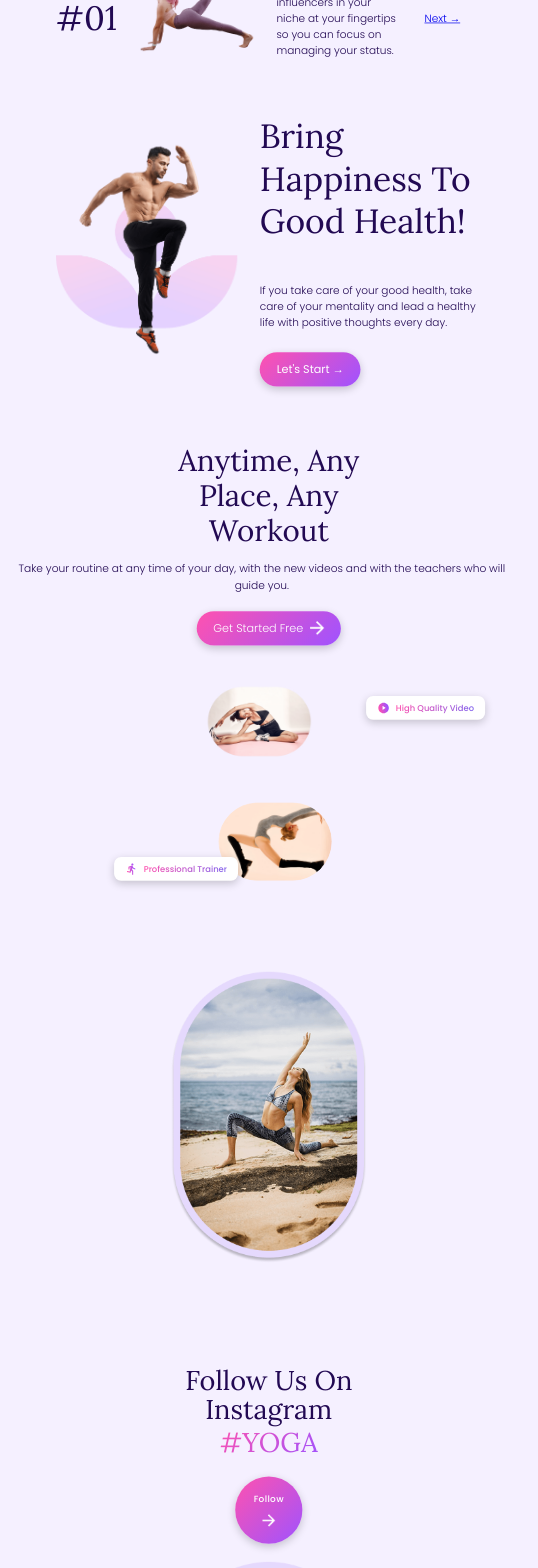
Repository: EunsuhJeon/responsive-yoga-website
Page: index.html
An editor plug-in stored every save of this project. The page is shown before and after the next save, followed by the edit.
The browser window is 768 px wide. The pictures show the part of the page from y = 676 to 2916 px (the page is 4993 px tall), at 70% of full size.

Above is the page before, as saved 2025-11-28 00:34:53.

After the next save:
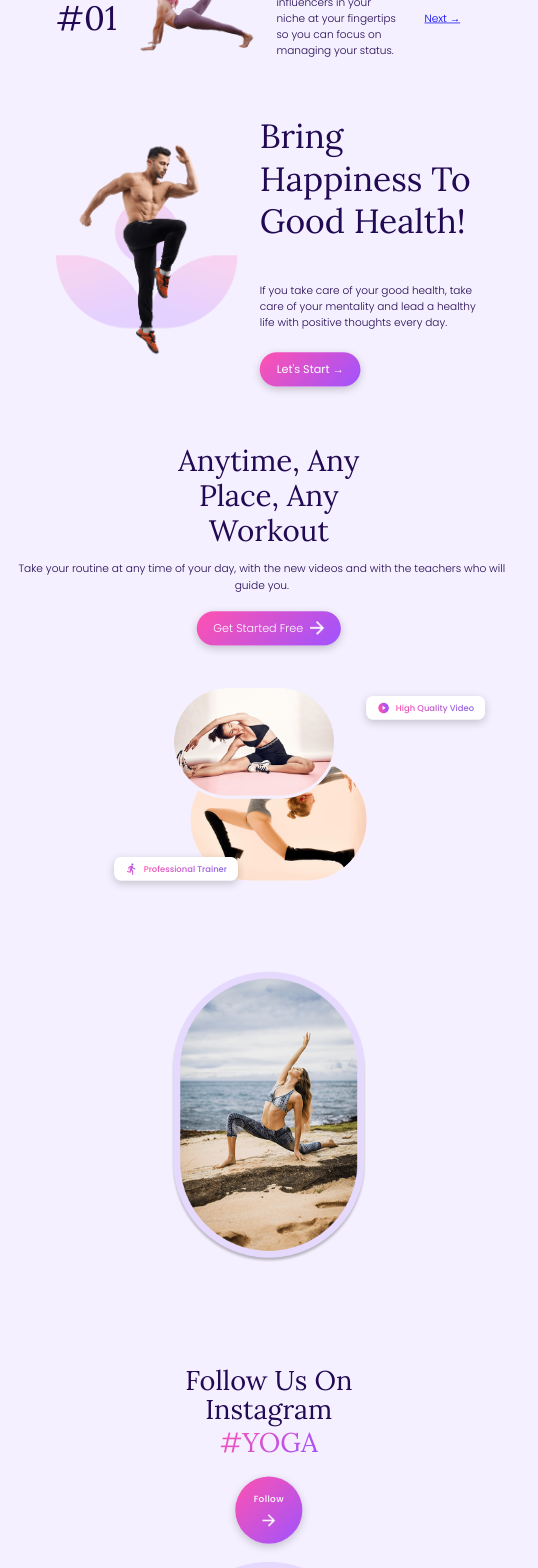
Saved 8 s later.
--- a/main.css
+++ b/main.css
@@ -667,7 +667,7 @@ header a{
   }
 
   .section-4-place-images {
-    width: 180px;
+    width: 280px;
     height: 280px;
   }
 
